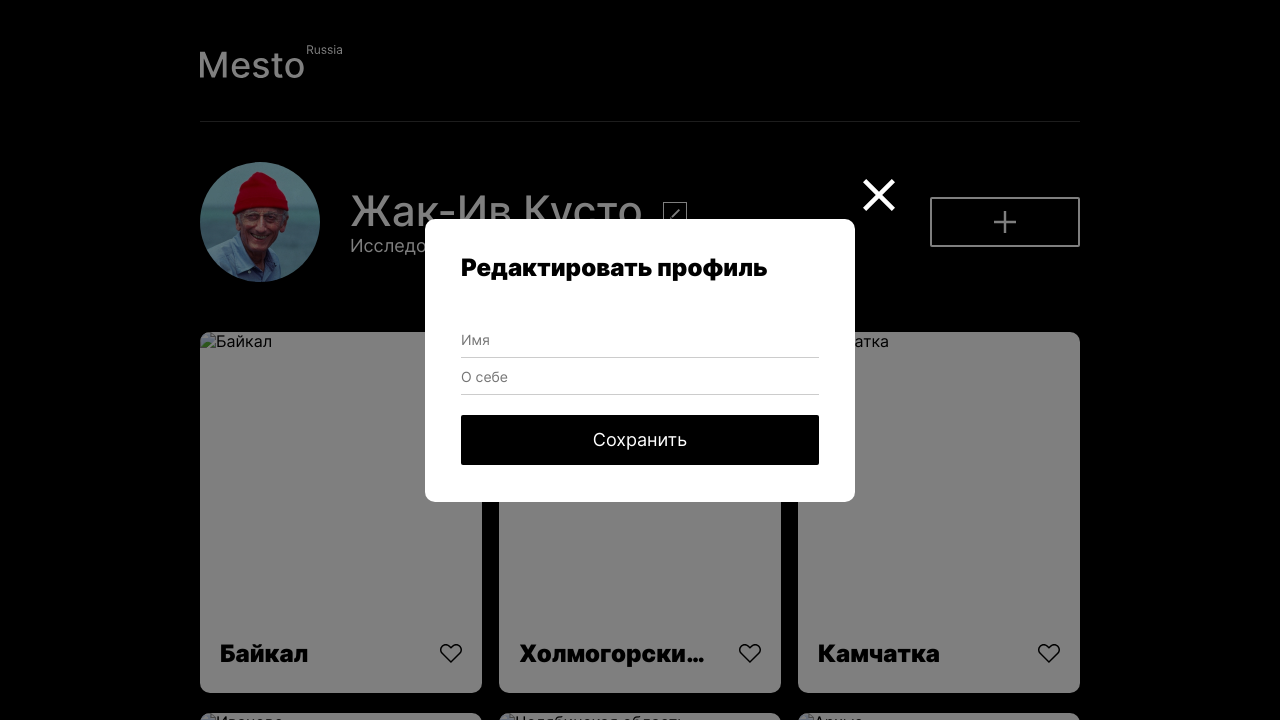
Repository: Akhtool/mesto
Page: index.html
An editor plug-in stored every save of this project. The page is shown before and after the next save, followed by the edit.
The browser window is 1280 px wide. The pictures show the window.
After loading, the first visible `button.profile__edit-button` was clicked once.
A layer covers the whole window, so only the first screen is drawn.

Above is the page before, as saved 2023-03-01 23:43:41.
Console error: TypeError: Cannot read properties of null (reading 'textContent')

### index.html
<!DOCTYPE html>
<html lang="ru">
  <head>
    <meta charset="UTF-8" />
    <meta http-equiv="X-UA-Compatible" content="IE=edge" />
    <meta name="viewport" content="width=device-width, initial-scale=1.0" />
    <link rel="stylesheet" href="pages/index.css" />
    <title>Место</title>
  </head>
  <body class="page">
    <header class="header">
      <a href="#" class="header__logo-link">
        <img
          src="./images/header__logo.svg"
          class="header__logo"
          alt="Логотип сайта Место"
        />
      </a>
    </header>
    <main class="container">
      <section class="profile">
        <img
          src="./images/profile__image.jpg"
          alt="Изображение профиля"
          class="profile__image"
        />
        <div class="profile__info">
          <div class="profile__name-edit">
            <h1 class="profile__name">Жак-Ив Кусто</h1>
            <button
              type="button"
              class="profile__edit-button"
              aria-label="edit"
            ></button>
          </div>
          <p class="profile__description">Исследователь океана</p>
        </div>
        <button
          type="button"
          class="profile__add-button"
          aria-label="add"
        ></button>
      </section>
      <section class="cards">
        <ul class="cards__list"></ul>
      </section>
    </main>
    <footer class="footer">
      <p class="footer__copyright">© 2020 Mesto Russia</p>
    </footer>
    <!--Попап просмотра фотографий-->
    <div class="popup popup_type_show-image">
      <div class="popup__image-wrapper">
        <button
          type="button"
          class="popup__close-button popup__close-button_type_show-image"
        ></button>
        <figure class="popup__figure-wrapper">
          <img src="#" alt="Фотография из карточки" class="popup__image" />
          <figcaption class="popup__figure-caption"></figcaption>
        </figure>
      </div>
    </div>
    <!--Попап добавления карточек-->
    <div class="popup popup_type_add-card">
      <div class="popup__container">
        <h2 class="popup__title">Новое место</h2>
        <form
          action="#"
          name="input-form"
          class="popup__input-form popup__input-form_type_card"
          novalidate
        >
          <input
            type="text"
            name="name"
            class="popup__input popup__input_type_card-name"
            placeholder="Название"
            id="card-name-input"
            minlength="2"
            maxlength="40"
            required
          />
          <span class="card-name-input-error popup__input-error"></span>
          <input
            type="url"
            name="link"
            class="popup__input popup__input_type_card-link"
            placeholder="Ссылка на картинку"
            id="card-link-input"
            required
          />
          <span class="card-link-input-error popup__input-error"></span>
          <input type="submit" value="Создать" class="popup__submit" />
        </form>
        <button
          type="button"
          class="popup__close-button popup__close-button_type_add-card"
          aria-label="close"
        ></button>
      </div>
    </div>
    <!--Попап редактирования профиля-->
    <div class="popup popup_type_profile-edit">
      <div class="popup__container">
        <h2 class="popup__title">Редактировать профиль</h2>
        <form
          action="#"
          name="input-form"
          class="popup__input-form popup__input-form_type_profile"
          novalidate
        >
          <input
            type="text"
            name="userName"
            class="popup__input popup__input_type_name"
            id="username-input"
            placeholder="Имя"
            minlength="2"
            maxlength="40"
            required
          />
          <span class="username-input-error popup__input-error"></span>
          <input
            type="text"
            name="job"
            class="popup__input popup__input_type_description"
            id="user-description-input"
            placeholder="О себе"
            minlength="2"
            maxlength="200"
            required
          />
          <span class="user-description-input-error popup__input-error"></span>
          <input type="submit" value="Сохранить" class="popup__submit" />
        </form>
        <button
          type="button"
          class="popup__close-button popup__close-button_type_profile"
          aria-label="close"
        ></button>
      </div>
    </div>
    <!-- Шаблон для карточек -->
    <template id="card-template">
      <li class="card">
        <img alt="Описание изображения" class="card__image" />
        <button type="button" class="card__delete-button"></button>
        <div class="card__info">
          <h2 class="card__name"></h2>
          <button type="button" class="card__like"></button>
        </div>
      </li>
    </template>
    <script type="module" src="./pages/index.js" defer></script>
  </body>
</html>

### pages/index.css
/* root */
@import url(../vendor/normalize.css);
@import url(../vendor/fonts/fonts.css);

/* content */
@import url(../blocks/page/page.css);
@import url(../blocks/container/container.css);

/* header */
@import url(../blocks/header/header.css);
@import url(../blocks/header/__logo-link/header__logo-link.css);
@import url(../blocks/header/__logo/header__logo.css);

/* container */

/* profile */
@import url(../blocks/profile/profile.css);
@import url(../blocks/profile/__image/profile__image.css);
@import url(../blocks/profile/__info/profile__info.css);
@import url(../blocks/profile/__description/profile__description.css);
@import url(../blocks/profile/__add-button/profile__add-button.css);
@import url(../blocks/profile/__name-edit/profile__name-edit.css);
@import url(../blocks/profile/__name/profile__name.css);
@import url(../blocks/profile/__edit-button/profile__edit-button.css);


/* cards */
@import url(../blocks/cards/cards.css);
@import url(../blocks/cards/__list/cards__list.css);


/* card */
@import url(../blocks/card/card.css);
@import url(../blocks/card/__image/card__image.css);
@import url(../blocks/card/__info/card__info.css);
@import url(../blocks/card/__name/card__name.css);
@import url(../blocks/card/__like/card__like.css);
@import url(../blocks/card/__like/_active/card__like_active.css);
@import url(../blocks/card/__delete-button/card__delete-button.css);

/* footer */
@import url(../blocks/footer/footer.css);
@import url(../blocks/footer/__copyright/footer__copyright.css);
/* popup */
@import url(../blocks/popup/popup.css);
@import url(../blocks/popup/_opened/popup_opened.css);
@import url(../blocks/popup/__container/popup__container.css);
@import url(../blocks/popup/__title/popup__title.css);
@import url(../blocks/popup/__input/popup__input.css);
@import url(../blocks/popup/__submit/popup__submit.css);
@import url(../blocks/popup/__close-button/popup__close-button.css);
/* popup_type_show-image */
@import url(../blocks/popup/__container/_type/popup__container_type_show-image.css);
@import url(../blocks/popup/__image/popup__image.css);
@import url(../blocks/popup/__title/_type/popup__title_type_show-image.css);

### vendor/fonts/fonts.css
@font-face {
    font-family: 'Inter';
    font-style: normal;
    font-weight: 400;
    src: url(./Inter-Regular.woff2) format(woff2),
         url(./Inter-Regular.woff) format(woff);
}

@font-face {
    font-family: 'Inter';
    font-style: normal;
    font-weight: 500;
    src: url(./Inter-Medium.woff2) format(woff2),
         url(./Inter-Medium.woff) format(woff);
}

@font-face {
    font-family: 'Inter';
    font-style: normal;
    font-weight: 900;
    src: url(./Inter-Black.woff2) format(woff2),
         url(./Inter-Black.woff) format(woff);
}

### blocks/page/page.css
.page {
    background-color: #000000;
    box-sizing: border-box;
    font-family: 'Inter', Arial, Helvetica, sans-serif;
    -moz-osx-font-smoothing: grayscale;
    -webkit-font-smoothing: antialiased;
    -webkit-text-size-adjust: 100%;
    -ms-text-size-adjust: 100%;
    -moz-text-size-adjust: 100%;
    text-rendering: optimizeLegibility;
    max-width: 1280px;
    margin: 0 auto;
}

### blocks/container/container.css
.container {
    max-width: 1280px;
    min-width: 320px;
    margin: 0 auto;
}

@media screen and (max-width: 920px) {
    .container {
        padding: 0 27px;
    }

}

@media screen and (max-width: 500px) {
    .container {
        padding: 0;
    }
}

### blocks/header/header.css
.header {
    padding-top: 45px;
    border-bottom: 1px solid rgba(84, 84, 84, .7);
    max-width: 880px;
    margin: 0 auto;
}

@media screen and (max-width: 500px) {
    .header {
        padding-top: 28px;
    }
}

### blocks/header/__logo-link/header__logo-link.css
.header__logo-link {
    display: block;
    max-width: 142px;
    padding-bottom: 40px;
    cursor: pointer;
}

@media screen and (max-width: 920px) {
    .header__logo-link {
        padding-left: 27px;
    }

}

@media screen and (max-width: 500px) {
    .header__logo-link {
        padding-bottom: 30px;
    }
}

### blocks/header/__logo/header__logo.css
.header__logo {
    max-width: 100%;
}

@media screen and (max-width: 500px) {
    .header__logo {
        max-width: 103px;
    }
}

### blocks/profile/profile.css
.profile {
    max-width: 880px;
    margin: 0 auto;
    padding-top: 40px;

    display: flex;
    align-items: center;
}

@media screen and (max-width: 768px) {
    .profile {
        flex-direction: column;
    }
}

### blocks/profile/__image/profile__image.css
.profile__image {
    width: 120px;
    height: 120px;
    border-radius: 50%;
}

@media screen and (max-width: 768px) {
    .profile__image {
        margin-bottom: 26px;
    }
}

### blocks/profile/__info/profile__info.css
.profile__info {
    padding-left: 30px;
    flex: 1;
    flex-grow: 1;
    flex-shrink: 1;
    flex-basis: 0%;
    flex-direction: column;
}

@media screen and (max-width: 768px) {
    .profile__info {
        padding: 0 0 36px 0;
        text-align: center;
    }
}

### blocks/profile/__description/profile__description.css
.profile__description {
    font-family: 'Inter', Arial, Helvetica, sans-serif;
    font-style: normal;
    font-weight: 400;
    font-size: 18px;
    line-height: 22px;
    color: #FFFFFF;
    max-width: 350px;
    text-overflow: ellipsis;
    white-space: nowrap;
    overflow: hidden;

    padding: 0;
    margin: 0;
}

@media screen and (max-width: 500px) {
    .profile__description {
        font-size: 14px;
        line-height: 17px;
        margin: 0 auto;
        max-width: 200px;
    }
}

### blocks/profile/__add-button/profile__add-button.css
.profile__add-button {
    width: 150px;
    height: 50px;
    border: 2px solid #FFFFFF;
    border-radius: 2px;
    background-color: transparent;
    background-image: url(../../../images/add-button__image.svg);
    background-position: center;
    background-repeat: no-repeat;
    background-size: 22px;
}

.profile__add-button:hover {
    opacity: .6;
    cursor: pointer;
    transition: opacity .2s linear;
}

@media screen and (max-width: 768px) {
    .profile__add-button {
        width: 282px;
        background-size: 16px;
    }
}

### blocks/profile/__name-edit/profile__name-edit.css
.profile__name-edit {
    display: flex;
    align-items: baseline;
    gap: 20px;
    flex-direction: row;
}

@media screen and (max-width: 500px) {
    .profile__name-edit {
        gap: 10px;
    }
}

### blocks/profile/__name/profile__name.css
.profile__name {
    font-family: 'Inter', Arial, Helvetica, sans-serif;
    font-style: normal;
    font-weight: 500;
    font-size: 42px;
    line-height: 48px;
    color: #FFFFFF;
    max-width: 350px;
    text-overflow: ellipsis;
    white-space: nowrap;
    overflow: hidden;

    padding: 0;
    margin: 0;
}

@media screen and (max-width: 768px) {
    .profile__name {
        padding-bottom: 14px;
    }
}

@media screen and (max-width: 500px) {
    .profile__name {
        font-size: 27px;
        line-height: 33px;
        margin-left: 27px;
        padding-bottom: 6px;
        max-width: 200px;
    }
}

### blocks/profile/__edit-button/profile__edit-button.css
.profile__edit-button {
    width: 24px;
    height: 24px;
    box-sizing: border-box;
    border: 1px solid #FFFFFF;
    background-color: transparent;
    background-image: url(../../../images/edit-button.svg);
    background-position: center;
    background-repeat: no-repeat;
    background-size: 10px;
}

.profile__edit-button:hover {
    opacity: .6;
    cursor: pointer;
    transition: opacity .2s linear;
}

@media screen and (max-width: 500px) {
    .profile__edit-button {
        width: 18px;
        height: 18px;
    }
}

### blocks/cards/cards.css
.cards {
    max-width: 880px;
    margin: 0  auto;
    padding-top: 50px;
}

@media screen and (max-width: 500px) {
    .cards {
        padding-top: 35px;
    }
}

### blocks/cards/__list/cards__list.css
.cards__list {
    display: grid;
    grid-template-columns: repeat(auto-fit, 282px);
    column-gap: 17px;
    row-gap: 20px;
    box-sizing: border-box;
    padding: 0;
    margin: 0 auto;
    list-style: none;
}

@media screen and (max-width: 920px) {
    .cards__list {
        justify-content: center;
    }

}

### blocks/card/card.css
.card {
    position: relative;
    box-sizing: border-box;
    max-width: 282px;
    border-radius: 10px;
    overflow: hidden;
    background-color: #fff;
    margin: 0;
    padding: 0;
}

### blocks/card/__image/card__image.css
.card__image {
    display: block;
    width: 282px;
    height: 282px;
    transition: .2s linear;
}

### blocks/card/__info/card__info.css
.card__info {
    display: flex;
    justify-content: space-between;
    align-items: center;
    padding: 25px 20px 25px 20px;
    box-sizing: border-box;
}

### blocks/card/__name/card__name.css
.card__name {
    padding: 0;
    margin: 0;
    max-width: 195px;
    font-family: 'Inter', Arial, Helvetica, sans-serif;
    font-style: normal;
    font-weight: 900;
    font-size: 24px;
    line-height: 29px;
    text-overflow: ellipsis;
    white-space: nowrap;
    overflow: hidden;
    color: #000000;
}

### blocks/card/__like/card__like.css
.card__like {
    padding: 0;
    margin: 0;
    min-width: 22px;
    min-height: 19px;
    background-color: transparent;
    background-image: url(../../../images/like-button_disabled.svg);
    background-position: center;
    background-repeat: no-repeat;
    background-size: contain;
    border: 0;
    transition: .7s all;
}

.card__like:hover {
    opacity: .5;
    cursor: pointer;
    transition: opacity .2s linear;
}

### blocks/card/__like/_active/card__like_active.css
.card__like_active {
    background: url(../../../../images/like-button_active.svg) center no-repeat;
    transition: .7s all;
}

### blocks/card/__delete-button/card__delete-button.css
.card__delete-button{
    position: absolute;
    top: 20px;
    right: 20px;
    width: 18px;
    height: 19px;
    border: none;
    background-image: url(../../../images/delete-button.svg);
    background-repeat: no-repeat;
    background-position: center;
    background-size: cover;
    background-color: rgba(0, 0, 0, 0);
    cursor: pointer;
}

.card__delete-button:hover {
    opacity: .6;
    transition: opacity .7s ease;
}

### blocks/footer/footer.css
.footer {
    max-width: 880px;
    margin: 0 auto;
    padding: 66px 0 60px;
}

@media screen and (max-width: 500px) {
    .footer {
        padding-top: 48px;
        padding-bottom: 36px;
    }
}

### blocks/footer/__copyright/footer__copyright.css
.footer__copyright {
    font-family: 'Inter', Arial, Helvetica, sans-serif;
    font-style: normal;
    font-weight: 400;
    font-size: 18px;
    line-height: 22px;
    color: #545454;
    padding: 0;
    margin: 0;
}

@media screen and (max-width: 920px) {
    .footer__copyright {
        padding-left: 27px;
    }

}

@media screen and (max-width: 500px) {
    .footer__copyright {
        font-size: 14px;
        line-height: 17px;
        padding-left: 19px;
    }
}

### blocks/popup/popup.css
.popup {
    position: fixed;
    /* display: none; */
    justify-content: center;
    align-items: center;
    top: 0;
    right: 0;
    bottom: 0;
    left: 0;
    width: 100%;
    height: 100vh;
    background-color: rgba(0, 0, 0, .5);
    visibility: hidden;
    opacity: 0;
    z-index: -1;
    transition: opacity .3s visibility .3s z-index .3s;
  }

### blocks/popup/_opened/popup_opened.css
.popup_opened {
    display: flex;
    visibility: visible;
    opacity: 1;
    z-index: 5;
    transition: opacity .3s;
}

### blocks/popup/__container/popup__container.css
.popup__container {
    display: flex;
    flex-direction: column;
    justify-content: space-between;
    box-sizing: border-box;
    margin: 0 auto;
    padding: 34px 36px 37px 36px;
    position: relative;
    min-width: 430px;
    background-color: #fff;
    border-radius: 10px;
}

@media screen and (max-width: 500px) {
    .popup__container {
        justify-content: flex-start;
        min-width: 282px;
        padding: 22px 22px;
    }
}

### blocks/popup/__title/popup__title.css
.popup__title {
    font-family: 'Inter', Arial, Helvetica, sans-serif;
    font-style: normal;
    font-weight: 900;
    font-size: 24px;
    line-height: 29px;
    color: #000000;
    margin: 0 0 44px 0;
}

@media screen and (max-width: 500px) {
    .popup__title {
      font-size: 18px;
      margin-bottom: 65px;
    }
  }

### blocks/popup/__input/popup__input.css
.popup__input {
  display: block;
  margin: 0;
  padding: 0;
  width: 358px;
  height: 27px;
  outline: none;
  border: 0;
  border-bottom: 1px solid rgba(0, 0, 0, 0.2);
  padding-bottom: 4px;
  font-family: "Inter", Arial, Helvetica, sans-serif;
  font-style: normal;
  font-weight: 400;
  font-size: 14px;
  line-height: 17px;
  color: #000000;
}

.popup__input:first-child {
  margin-bottom: 5px;
}

.popup__input:nth-child(2) {
  margin-bottom: 45px;
}

@media screen and (max-width: 500px) {
  .popup__input {
    width: 238px;
    height: 27px;
  }
}

### blocks/popup/__submit/popup__submit.css
.popup__submit {
  box-sizing: border-box;
  border: 0;
  background: #000000;
  border-radius: 2px;
  color: #fff;
  cursor: pointer;
  font-family: "Inter", Arial, Helvetica, sans-serif;
  font-style: normal;
  font-weight: 400;
  font-size: 18px;
  line-height: 22px;
  text-align: center;
  min-width: 358px;
  min-height: 50px;
  margin-top: 20px;
}

.popup__submit:hover {
  opacity: 0.8;
}

@media screen and (max-width: 500px) {
  .popup__submit {
    height: 46px;
    font-size: 14px;
    line-height: 17px;
    min-width: 238px;
    min-height: 46px;
  }
}

### blocks/popup/__close-button/popup__close-button.css
.popup__close-button {
    position: absolute;
    background-image: url(../../../images/close-button.svg);
    background-size: contain;
    background-repeat: no-repeat;
    background-position: center;
    background-color: transparent;
    border: 0;
    outline: none;
    width: 32px;
    height: 32px;
    top: -40px;
    right: -40px;
    cursor: pointer;
  }

  .popup__close-button:hover {
    opacity: .6;
  }

  @media screen and (max-width: 635px) {
    .popup__close-button {
      width: 20px;
      height: 20px;
      top: -38px;
      right: 0;
    }
  }

### blocks/popup/__container/_type/popup__container_type_show-image.css
.popup__container_type_show-image {
    position: relative;
}

### blocks/popup/__title/_type/popup__title_type_show-image.css
.popup__title_type_show-image {
    margin: 0;
    font-weight: 400;
    font-size: 12px;
    line-height: 15px;
    margin-top: 10px;
    color: #FFFFFF;
    font-family: 'Inter';
}

### components/Section.js
// Создайте класс `Section`, который отвечает за отрисовку элементов на странице. Этот класс:

// - Первым параметром конструктора принимает объект с двумя свойствами: `items` и `renderer`. Свойство `items` — это массив данных, которые нужно добавить на страницу при инициализации класса. Свойство `renderer` — это функция, которая отвечает за создание и отрисовку данных на странице.
// - Второй параметр конструктора — селектор контейнера, в который нужно добавлять созданные элементы.
// - Содержит публичный метод, который отвечает за отрисовку всех элементов. Отрисовка каждого отдельного элемента должна осуществляться функцией `renderer`.
// - Содержит публичный метод `addItem`, который принимает DOM-элемент и добавляет его в контейнер.

// У класса `Section` нет своей разметки. Он получает разметку через функцию-колбэк и вставляет её в контейнер.
export default class Section {
  constructor({ items, renderer }, containerSelector) {
    this._items = items;
    this._renderer = renderer;
    this._container = document.querySelector(containerSelector);
  }

  addItem(item) {
    this._container.prepend(item);
  }

  renderItems() {
    this._items.forEach((item) => {
      this._renderer(item);
    });
  }
}

### components/PopupWithImage.js
// ## Создайте класс `PopupWithImage`

// Создайте класс `PopupWithImage`, который наследует от `Popup`. Этот класс должен перезаписывать родительский метод `open`. В методе `open` класса `PopupWithImage` нужно вставлять в попап картинку и атрибут `src` изображения.
import { Popup } from "./Popup.js";
export class PopupWithImage extends Popup {
  constructor(popupSelector) {
    super(popupSelector);
    this._popupImage = document.querySelector(".popup__image");
    this._popupImageCaption = document.querySelector(".popup__figure-caption");
  }

  open(name, link) {
    super.open();
    this._popupImage.src = link;
    this._popupImage.alt = name;
    this._popupImageCaption.textContent = name;
  }
  close() {
    super.close();
  }
  setEventListeners() {
    super.setEventListeners();
  }
}

### components/UserInfo.js
// ## Создайте класс `UserInfo`

// Класс `UserInfo` отвечает за управление отображением информации о пользователе на странице. Этот класс:

// - Принимает в конструктор объект с селекторами двух элементов: элемента имени пользователя и элемента информации о себе.
// - Содержит публичный метод `getUserInfo`, который возвращает объект с данными пользователя. Этот метод пригодится когда данные пользователя нужно будет подставить в форму при открытии.
// - Содержит публичный метод `setUserInfo,` который принимает новые данные пользователя и добавляет их на страницу.

export class UserInfo {
  constructor({ name, job }) {
    this._userName = document.querySelector(name);
    this._userJob = document.querySelector(job);
    console.log("This userJob", this._userJob);
  }

  getUserInfo() {
    return {
      name: this._userName.textContent,
      job: this._userJob.textContent,
    };
  }

  setUserInfo(data) {
    this._data = data;
    this._userName.textContent = this._data.name;
    this._userJob.textContent = this._data.job;
  }
}

Loaded but not shown: vendor/normalize.css (library); blocks/popup/__image/popup__image.css (common file); pages/index.js (191 lines, source omitted); utils/constants.js (88 lines, source omitted); components/FormValidator.js (74 lines, source omitted); components/Card.js (63 lines, source omitted); components/PopupWithForm.js (52 lines, source omitted); components/Popup.js (44 lines, source omitted)

After the next save:
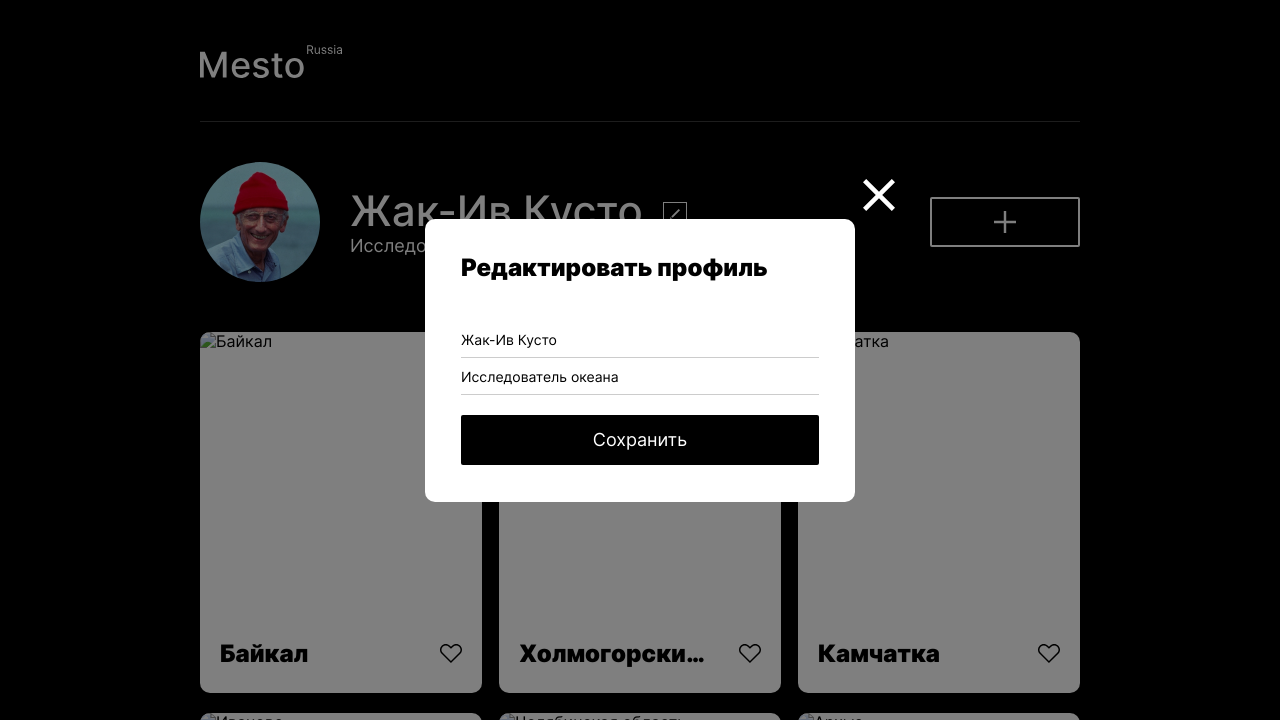
The error is gone.
Saved 75 s later.
--- a/components/UserInfo.js
+++ b/components/UserInfo.js
@@ -7,22 +7,21 @@
 // - Содержит публичный метод `setUserInfo,` который принимает новые данные пользователя и добавляет их на страницу.
 
 export class UserInfo {
-  constructor({ name, job }) {
-    this._userName = document.querySelector(name);
+  constructor({ userName, job }) {
+    this._userName = document.querySelector(userName);
     this._userJob = document.querySelector(job);
-    console.log("This userJob", this._userJob);
   }
 
   getUserInfo() {
     return {
-      name: this._userName.textContent,
+      userName: this._userName.textContent,
       job: this._userJob.textContent,
     };
   }
 
   setUserInfo(data) {
     this._data = data;
-    this._userName.textContent = this._data.name;
+    this._userName.textContent = this._data.userName;
     this._userJob.textContent = this._data.job;
   }
 }
